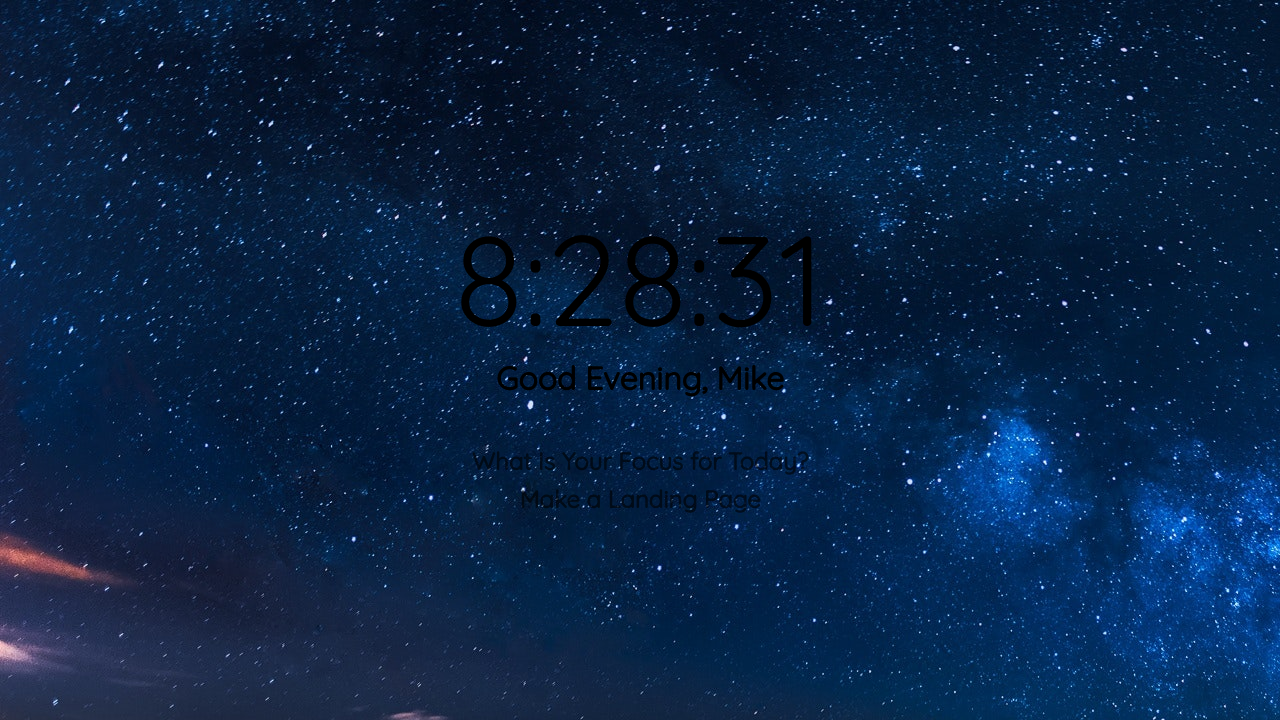
Repository: MikeTroianello/Landing-Page
Page: index.html
These files come from the project's save history. The page is drawn as it stood at one moment and after the next save; the edit follows.
The browser window is 1280 px wide. The pictures show the whole page.

Above is the page before, as saved 2019-06-19 23:38:53.

### index.html
<!DOCTYPE html>
<html lang="en">
  <head>
    <meta charset="UTF-8" />
    <meta name="viewport" content="width=device-width, initial-scale=1.0" />
    <meta http-equiv="X-UA-Compatible" content="ie=edge" />
    <link
      href="https://fonts.googleapis.com/css?family=Quicksand&display=swap"
      rel="stylesheet"
    />
    <link rel="stylesheet" href="./style.css" />
    <title>Greetings!</title>
  </head>
  <body>
    <time id="time">12:12:12 PM</time>
    <h1>
      <span id="greeting">Good Afternoon</span>
      <span id="name" contenteditable="true">Mike</span>
    </h1>
    <!-- <h2 id="focus">What Is Your Focus for Today?</h2> -->
    <h2>What Is Your Focus for Today?</h2>
    <h2 contenteditable="true">Make a Landing Page</h2>

    <script src="main.js"></script>
  </body>
</html>

### style.css
* {
  box-sizing: border-box;
  margin: 0;
  padding: 0;
}

body {
  font-family: 'Quicksand', sans-serif;
  display: flex;
  flex-direction: column;
  align-items: center;
  justify-content: center;
  text-align: center;
  height: 100vh;
  color: 'black';
}

#time {
  font-size: 8rem;
}

h1 {
  margin-bottom: 3rem;
}

h2 {
  margin-bottom: 0.5rem;
  opacity: 0.6;
}

@media (max-width: 700px) {
  #time {
    font-size: 6rem;
  }
}

### main.js
// DOM Elements
const time = document.getElementById('time'),
  greeting = document.getElementById('greeting'),
  name = document.getElementById('name'),
  focus = document.getElementById('focus');

//SHOW TIME

function showTime() {
  let today = new Date(),
    hour = today.getHours(),
    min = today.getMinutes(),
    sec = today.getSeconds();

  //SET AM OR PM
  const amPm = hour >= 12 ? 'PM' : 'AM';

  //12 Hour Format
  hour = hour % 12 || 12;

  //Output Time
  time.innerHTML = `${hour}<span>:</span>${addZero(min)}<span>:</span>${addZero(
    sec
  )}`;

  setTimeout(showTime, 1000);
}

showTime();

function addZero(x) {
  return (x < 10 ? '0' : '') + x;
}

//Background

function timeGreeting() {
  let today = new Date(),
    hour = today.getHours();

  if (hour > 17) {
    greeting.innerText = 'Good Evening,';
    document.body.style.backgroundImage = 'url(./img/night.jpg)';
  } else if (hour < 12) {
    greeting.innerText = 'Good Morning,';
    document.body.style.backgroundImage = 'url(./img/morning.jpg)';
  } else {
    greeting.innerText = 'Good Afternoon,';
    document.body.style.backgroundImage = 'url(./img/afternoon.jpg)';
  }
}

timeGreeting();

After the next save:
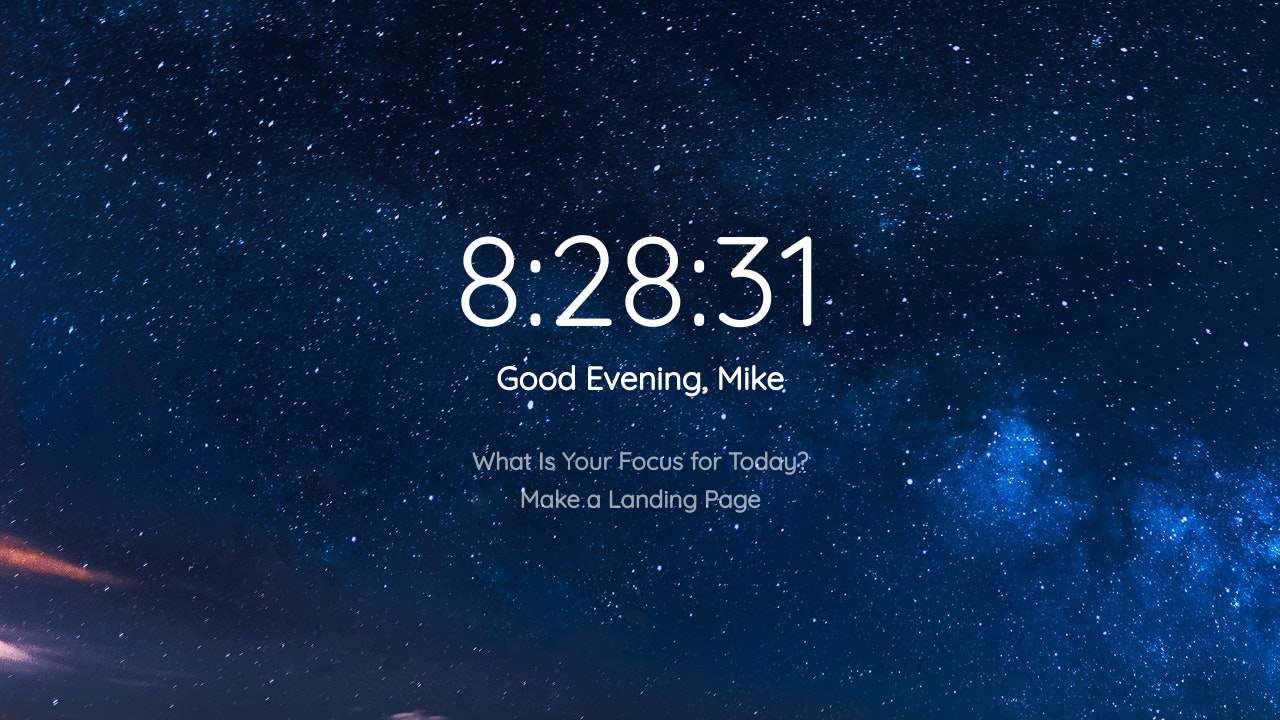
Saved 19 s later.
--- a/main.js
+++ b/main.js
@@ -41,6 +41,7 @@ function timeGreeting() {
   if (hour > 17) {
     greeting.innerText = 'Good Evening,';
     document.body.style.backgroundImage = 'url(./img/night.jpg)';
+    document.body.style.color = 'white';
   } else if (hour < 12) {
     greeting.innerText = 'Good Morning,';
     document.body.style.backgroundImage = 'url(./img/morning.jpg)';
